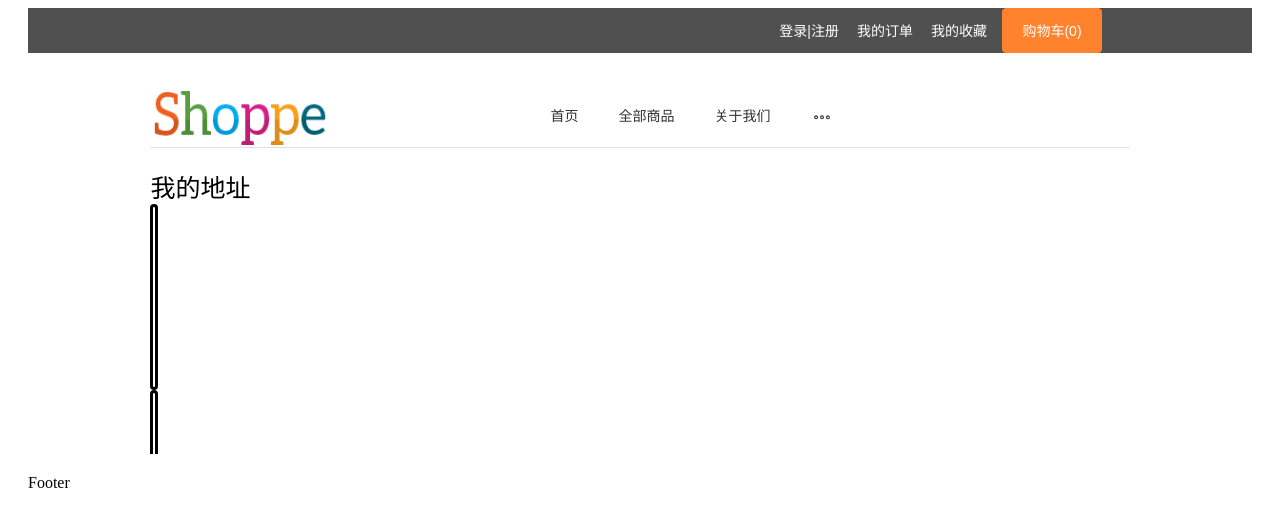
Repository: zhenghaochang/---
Page: /#/confirmOrder (app in xiaomi/)
The author's editor kept a copy of each file at every save. The page is drawn from the files as they stood at one save, then again after the next save.
The browser window is 1280 px wide. The pictures show the whole page.
The project was rebuilt for these pictures with package versions that can differ from the ones it lists, and the page was loaded fresh each time. Also part of the build but not shown: xiaomi/vite.config.js.

Above is the page before, as saved 2025-08-03 15:59:16.

After the next save:
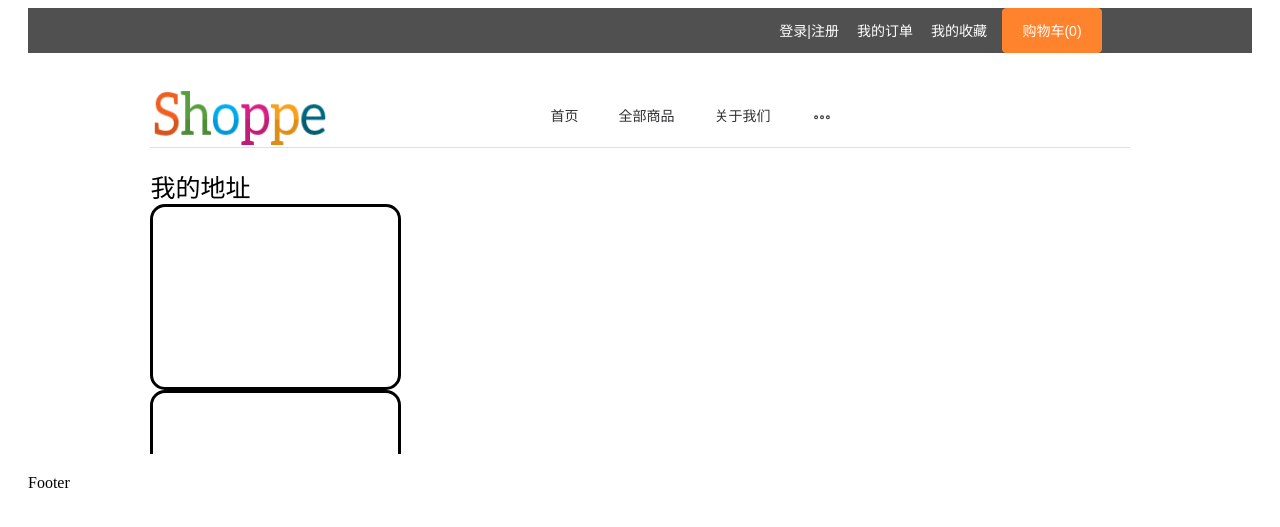
Saved 14 s later.
--- a/xiaomi/src/view/confirmOrder.vue
+++ b/xiaomi/src/view/confirmOrder.vue
@@ -6,7 +6,7 @@
     <div class="base_div">
         <div style="width:80%;display:flex;flex-direction:column">
             <span style="font-size:25px">我的地址</span>
-            <el-scrollbar wrap-style="width:100%;display:flex;flex-wrap:wrap;justify-content:space-between" max-height="250px">
+            <el-scrollbar wrap-style="width:100%" max-height="250px">
                <div class="address_div" v-for="item in 4" :key="item">
 
                 </div>

After the save that followed:
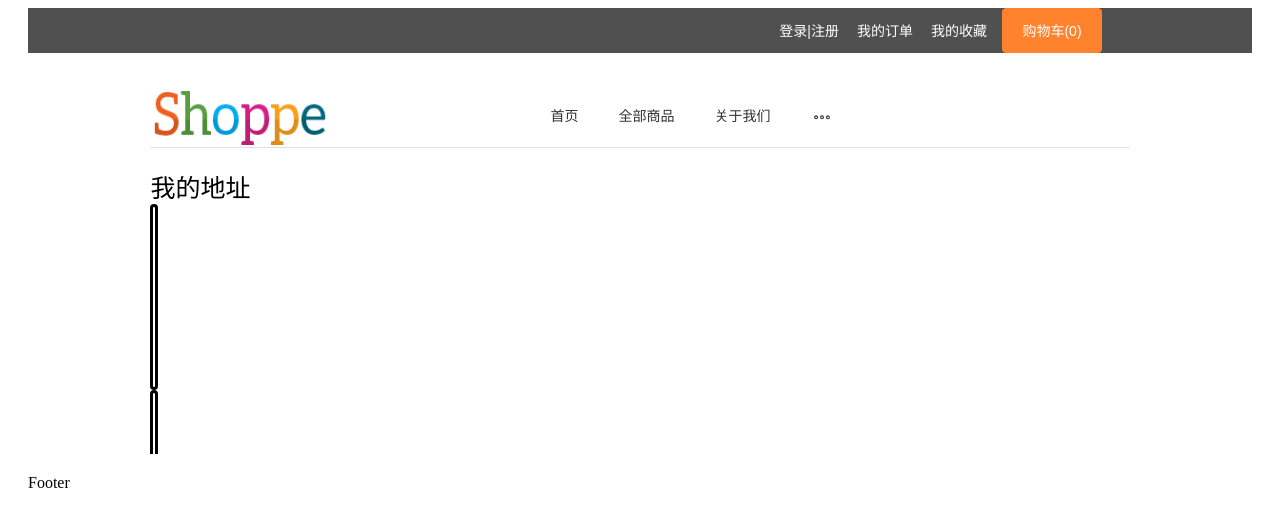
Saved 32 s later.
--- a/xiaomi/src/view/confirmOrder.vue
+++ b/xiaomi/src/view/confirmOrder.vue
@@ -6,7 +6,7 @@
     <div class="base_div">
         <div style="width:80%;display:flex;flex-direction:column">
             <span style="font-size:25px">我的地址</span>
-            <el-scrollbar wrap-style="width:100%" max-height="250px">
+            <el-scrollbar wrap-style="width:100%;display:flex" max-height="250px">
                <div class="address_div" v-for="item in 4" :key="item">
 
                 </div>
